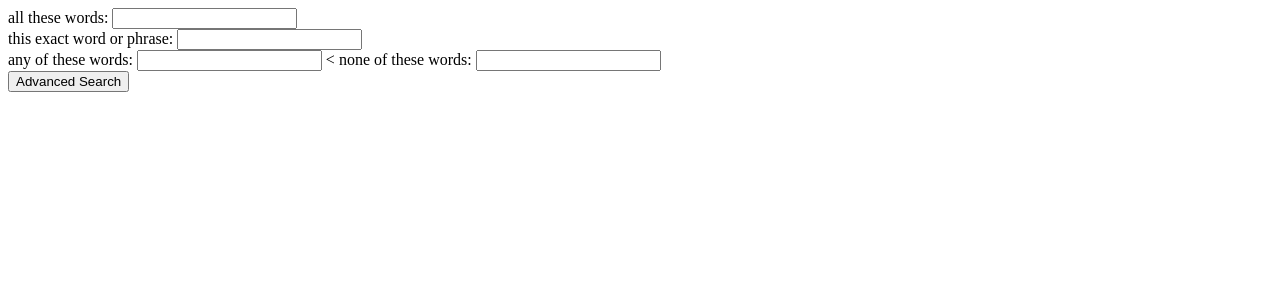
Repository: etentuk/search
Page: advanced_search.html
An editor plug-in stored every save of this project. The page is shown before and after the next save, followed by the edit.
The browser window is 1280 px wide. The pictures show the whole page.

Above is the page before, as saved 2021-11-03 23:15:16.

### advanced_search.html
<!DOCTYPE html>
<html lang="en">

<head>
    <title>Advanced Search</title>
</head>

<body>
    <form action="https://google.com/search" style="display: table;">
        <div style="display: table-row;">
            <div>
            <label for="as_q">all these words: </label>
            <input type="text" id="as_q" name="as_q">
        </div>
        <div>
            <label for="as_epq">this exact word or phrase: </label>
            <input type="text" id="as_epq" name="as_epq">
        </div>
            <label for="as_oq">any of these words: </label>
            <input type="text" id="as_oq" name="as_oq">
            <
            <label for="as_eq">none of these words: </label>
            <input type="text" id="as_eq" name="as_eq">
        </div>
        <input type="submit" value="Advanced Search">
    </form>
</body>

</html>

After the next save:
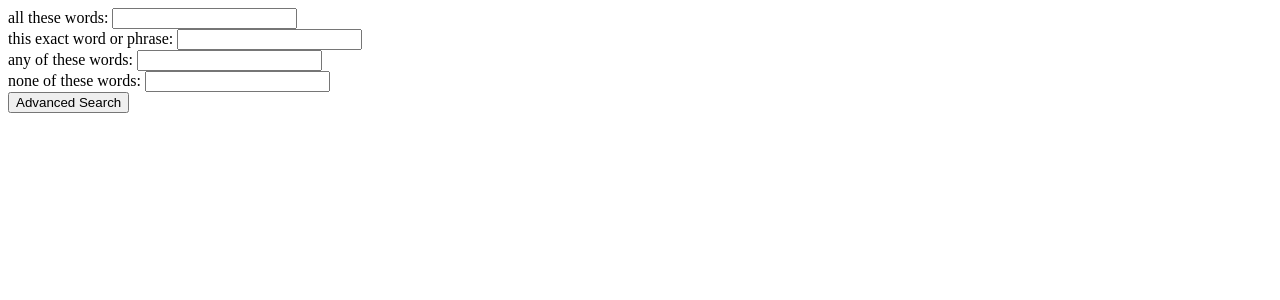
Saved 5 s later.
--- a/advanced_search.html
+++ b/advanced_search.html
@@ -18,7 +18,7 @@
         </div>
             <label for="as_oq">any of these words: </label>
             <input type="text" id="as_oq" name="as_oq">
-            <
+            <div></div>
             <label for="as_eq">none of these words: </label>
             <input type="text" id="as_eq" name="as_eq">
         </div>
